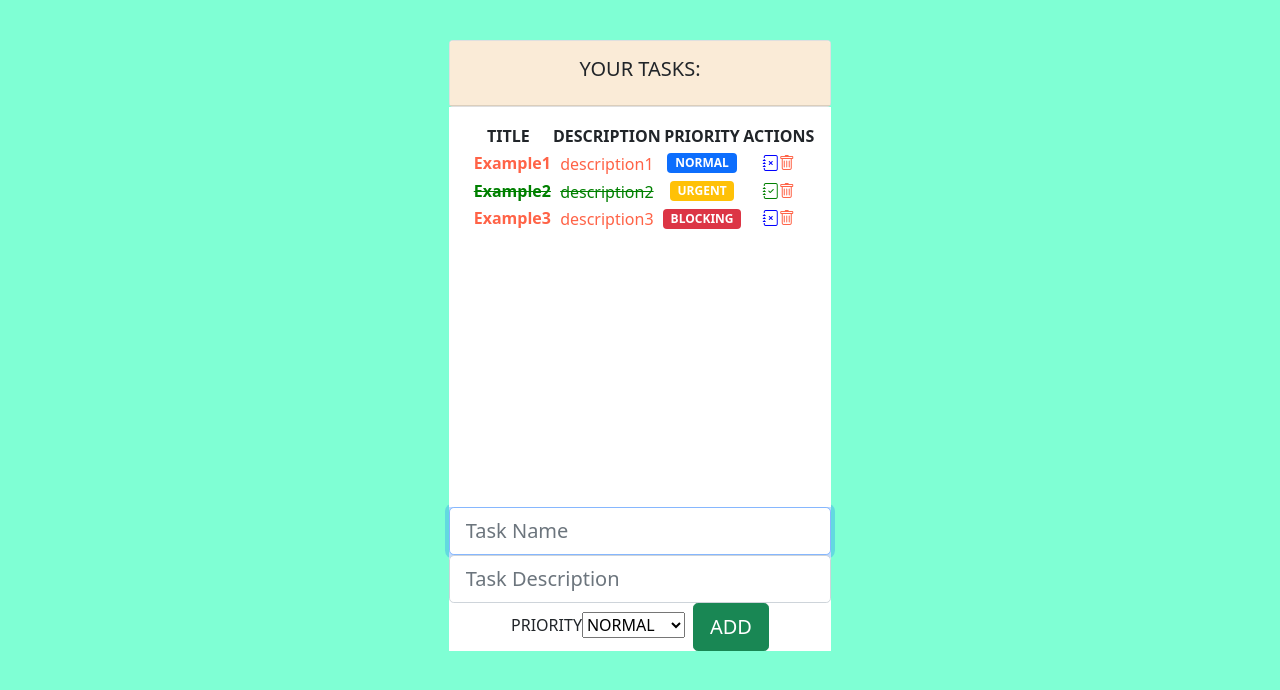
Repository: abgdev1997/proyecto-evo
Page: /
The author's editor kept a copy of each file at every save. The page is drawn from the files as they stood at one save, then again after the next save.
The browser window is 1280 px wide. The pictures show the whole page.
The project was rebuilt for these pictures with package versions that can differ from the ones it lists, and the page was loaded fresh each time.

Above is the page before, as saved 2022-02-15 16:35:07.

### src/index.js
import React from 'react';
import ReactDOM from 'react-dom';
import 'bootstrap/dist/css/bootstrap.css';
import 'bootstrap-icons/font/bootstrap-icons.css';
import './index.css';
import App from './App';

ReactDOM.render(
  <React.StrictMode>
    <App />
  </React.StrictMode>,
  document.getElementById('root')
);

### src/index.css
body{
    display: flex;
    align-items: center;
    justify-content: center;
    padding-top: 40px;
    padding-bottom: 40px;
    background-color: aquamarine;
}

### src/App.js
import './App.css';
import TaskList from './components/container/task_list';

function App() {
  return (
    <div className="App">
        {/* Componente de listado de tareas */}
        <TaskList></TaskList>
    </div>
  );
}

export default App;

### src/components/container/task_list.jsx
import React, {useState, useEffect} from 'react';
import {Task} from '../../models/levels.class'
import { LEVELS } from '../../models/levels.enum';
import TaskComponent from '../pure/task_component'
import '../../styles/task.scss'
import TaskForm from '../pure/forms/taskForm';

const TaskList = () => {

    const defaultTask1 = new Task('Example1', 'description1', false, LEVELS.NORMAL);
    const defaultTask2 = new Task('Example2', 'description2', true, LEVELS.URGENT);
    const defaultTask3 = new Task('Example3', 'description3', false, LEVELS.BLOCKING);




    //Estados del componente
    const [tasks, setTasks] = useState([defaultTask1, defaultTask2, defaultTask3]);
    const [loading, setLoading] = useState(true);

    //Control de ciclo de vida del componente
    useEffect(() => {
        console.log('Task State has been modified');
        setLoading(false);
        return () => {
            console.log('TaskList component is going to unmount');
        };
    }, [tasks]);
    const changeCompleted = (task) => {
        console.log('Change this task:', task)
        //Conseguimos el index de la tarea que queremos cambiar
        const index = tasks.indexOf(task);
        //Guardamos la lista de tareas dentro de una variable temporal
        const tempTasks = [...tasks]
        //Cambiamos el valor completed de la tarea que ya existe con el indice index
        tempTasks[index].completed = !tempTasks[index].completed
        //Actualizamos todas las tareas para introducir la que ha cambiado
        setTasks(tempTasks);
    }

    const deleteTask = (task) => {
        console.log('Deleting this task:', task)
        //Conseguimos el index de la tarea que queremos borrar
        const index = tasks.indexOf(task);
        //Guardamos la lista de tareas dentro de una variable temporal
        const tempTasks = [...tasks];
        //Borramos la tarea con splice(indice, numero de borrado hacia delante(en este caso solo es 1, la tarea a la que nos referimos))
        tempTasks.splice(index,1);
        setTasks(tempTasks);
    }

    const addTask = (task) => {
        console.log('Creating this task:', task)
        //Guardamos la lista de tareas dentro de una variable temporal
        const tempTasks = [...tasks];
        //Añadimos la tarea nueva a la lista temporal
        tempTasks.push(task);
        //Sustituimos la antigua lista por la lista temporal
        setTasks(tempTasks);
    }

    const TasksTable = () => {
        if(tasks.length > 0){
            return (
                <table>
                    <thead>
                        <tr>
                            <th scope='col'>TITLE</th>
                            <th scope='col'>DESCRIPTION</th>
                            <th scope='col'>PRIORITY</th>
                            <th scope='col'>ACTIONS</th>
                        </tr>
                    </thead>
                    <tbody>
                        {tasks.map((task, index) =>
                            <TaskComponent
                            completed={changeCompleted}
                            remove={deleteTask}
                            key={index}
                            task={task}>
                            </TaskComponent>)}
                    </tbody>
                </table>
            )
        }else{
            return(
                <div>
                    <h3>There are no tasks to show</h3>
                    <h4>Please create a task</h4>
                </div>
            )}
    }

    return (
        <div>
            {/* Dividimos el contenedor en 12 columnas */}
            <div className='col-12'>
                {/* Usamos la class card */}
                <div className='card'>
                    {/* CARD HEADER (TITLE) */}
                    {/* card-header es la cabecera de la carta, p-3 es padding 3 */}
                    <div className='card-header p-3' style={{backgroundColor:'antiquewhite'}}>
                        <h5>
                            YOUR TASKS:
                        </h5>
                    </div>
                </div>
                {/* CARD BODY (CONTENT) */}
                <div
                className='card-body'
                data-mdb-perfect-scrollbar='true'
                style={ {position: 'relative', height:'400px', backgroundColor:'white'}
                }>
                    <TasksTable></TasksTable>
                </div>
            </div>
            <TaskForm add={addTask} length={tasks.length}></TaskForm>
        </div>
    );
};


export default TaskList;

### src/models/levels.class.js
import { LEVELS } from "./levels.enum";

export class Task {
    name = 'o';
    description = '';
    completed = false;
    level = LEVELS.NORMAL;

    constructor(name, description, completed, level){
        this.name = name;
        this.description = description;
        this.completed = completed;
        this.level = level;
    }
}

### src/models/levels.enum.js
export const LEVELS = {
    NORMAL: 'NORMAL',
    URGENT: 'URGENT',
    BLOCKING:'BLOCKING',
}

### src/components/pure/task_component.jsx
import React, {useEffect} from 'react';
import PropTypes from 'prop-types';
import { Task } from '../../models/levels.class';
import { LEVELS } from '../../models/levels.enum';
import '../../styles/task.scss'


const TaskComponent = ({task, completed, remove}) => {

    useEffect(() => {
        console.log('Created task')
        return () => {
            console.log(`Task: ${task.name} is going to unmount...`)
        };
    }, [task]);

    function taskLevelBadge(){
        switch (task.level) {
            case LEVELS.NORMAL:
                return(<h6 className='mb-0'><span className='badge bg-primary'>{task.level}</span></h6>);
            case LEVELS.URGENT:
                return(<h6 className='mb-0'><span className='badge bg-warning'>{task.level}</span></h6>);
            case LEVELS.BLOCKING:
                return(<h6 className='mb-0'><span className='badge bg-danger'>{task.level}</span></h6>);
            default:
                break;
        }
    }

    function taskCompletedIcon(){
        if(task.completed){
            return(<i onClick={() => completed(task)} className='bi bi-journal-check task-action' style={{color: 'green', fontWeight:'bold'}}></i>);
        }else{
            return(<i onClick={() => completed(task)} className='bi bi-journal-x task-action' style={{color: 'blue', fontWeight:'bold'}}></i>);
        }
    }

    const taskCompleted = {
        color: 'green',
        fontWeight: 'bold',
        textDecoration: 'line-through'
    }

    const taskPending = {
        fontWeight: 'bold',
        color: 'tomato'
    }

    return (

        <tr className='fw-normal' style={task.completed ? taskCompleted : taskPending}>
            <th>
                {/* ms-2 Margin 2 */}
                <span className='ms-2'>{task.name}</span>
            </th>
            <td>
                {/* align-middle alinea al centro */}
                <span className='align-middle'>{task.description}</span>
            </td>
            <td>
                {/* <span className='align-middle'>{task.level}</span> */}
                {taskLevelBadge()}
            </td>
            <td>
                {/* <span className='align-middle'>{task.completed ? 'COMPLETED' : 'PENDING'}</span> */}
                {taskCompletedIcon()}
                <i onClick={() => remove(task)} className='bi-trash task-action' style={{color:'tomato', fontWeight:'bold'}}></i>
            </td>
        </tr>

        // <div>
        //     <h2>
        //         Name: {task.name}
        //     </h2>
        //     <h3>
        //         Description: {task.description}
        //     </h3>
        //     <h4>
        //         Level: {task.level}
        //     </h4>
        //     <h5>
        //         This task is: {task.completed ? 'COMPLETED' : 'PENDING'}
        //     </h5>
        // </div>
    );
};


TaskComponent.propTypes = {
    task: PropTypes.instanceOf(Task).isRequired,
    completed: PropTypes.func.isRequired,
    remove: PropTypes.func.isRequired,
};


export default TaskComponent;

### src/styles/task.scss
.task-action {
    cursor: pointer;
}

.task-completed {
    color: gray;
    text-decoration: line-through;
}

.task-pending {
    font-weight: bold;
    color: tomato;
}

### src/components/pure/forms/taskForm.jsx
import React, {useRef} from 'react';
import PropTypes from 'prop-types';
import { LEVELS } from '../../../models/levels.enum';
import { Task } from '../../../models/levels.class';


const TaskForm = ({add, length}) => {

    const nameRef = useRef('');
    const descriptionRef = useRef('');
    const levelRef = useRef(LEVELS.NORMAL);



    const addTask = (e) => {
        //Prevenimos la recarga automatica de pagina
        e.preventDefault();
        //Construimos la nueva tarea con los valores referenciados
        const newTask = new Task(
            nameRef.current.value,
            descriptionRef.current.value,
            false,
            levelRef.current.value
        );
        //Añadimos la tarea usando la funcion que viene del padre
        add(newTask);
    }

    return (
        <form onSubmit={addTask} className='d-flex justify-content-center align-items-center' style={{backgroundColor:'white'}}>
            <div className='form-outline flex-fill'>
                <input ref={nameRef} id='inputName' type='text' className='form-control form-control-lg'required autoFocus placeholder='Task Name'></input>
                <input ref={descriptionRef} id='descriptionName' type='text' className='form-control form-control-lg'required placeholder='Task Description'></input>
                <label htmlFor='selectLevel' className='sr-only'>PRIORITY</label>
                <select ref={levelRef} defaultValue={LEVELS.NORMAL} id='selectLevel'>
                    <option value={LEVELS.NORMAL}>
                        NORMAL
                    </option>
                    <option value={LEVELS.URGENT}>
                        URGENT
                    </option>
                    <option value={LEVELS.BLOCKING}>
                        BLOCKING
                    </option>
                </select>
                <button type='submit' className='btn btn-success btn-lg ms-2'>
                    ADD
                </button>
            </div>
        </form>
    );
};


TaskForm.propTypes = {
    add: PropTypes.func.isRequired,
    length: PropTypes.number.isRequired,
};


export default TaskForm;

Loaded but not shown: public/index.html (common file); src/App.css (common file)

After the next save:
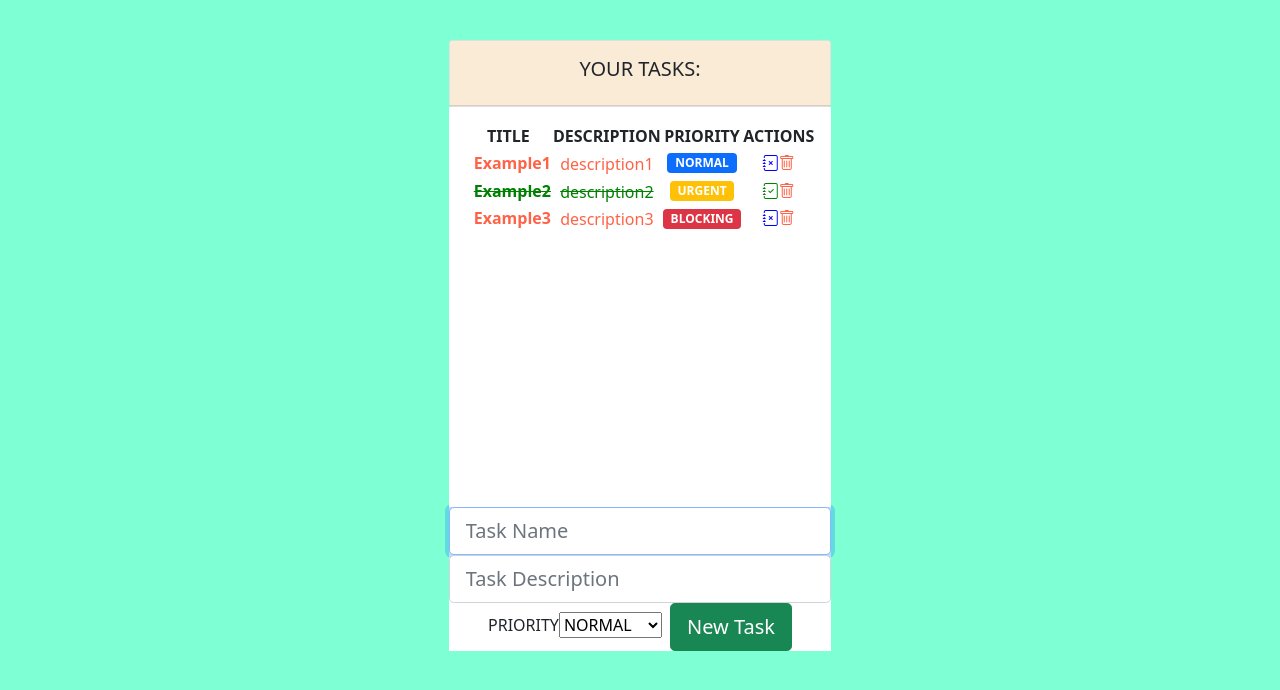
Saved 58 s later.
--- a/src/components/pure/forms/taskForm.jsx
+++ b/src/components/pure/forms/taskForm.jsx
@@ -44,7 +44,7 @@ const TaskForm = ({add, length}) => {
                     </option>
                 </select>
                 <button type='submit' className='btn btn-success btn-lg ms-2'>
-                    ADD
+                    {length>0 ? 'New Task' : 'Add Task'}
                 </button>
             </div>
         </form>
